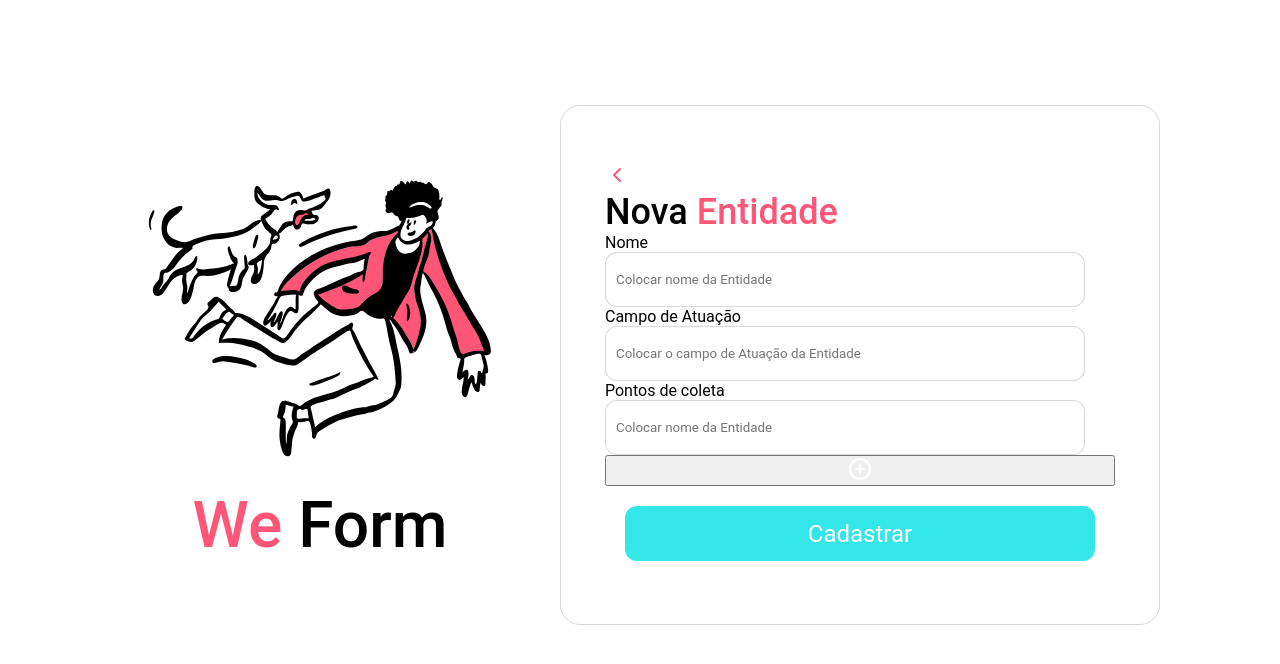
Repository: guilhermecardoso93/we-form
Page: nova-entidade.html
These files come from the project's save history. The page is drawn as it stood at one moment and after the next save; the edit follows.
The browser window is 1280 px wide. The pictures show the whole page.
Some web libraries are served in a nearby version.

Above is the page before, as saved 2024-06-09 18:13:26.

### nova-entidade.html
<!DOCTYPE html>
<html lang="pt-BR">

<head>
    <meta charset="UTF-8">
    <meta name="viewport" content="width=device-width, initial-scale=1.0">
    <link rel="stylesheet" href="https://cdnjs.cloudflare.com/ajax/libs/font-awesome/5.13.1/css/all.min.css">
    <link rel="stylesheet" href="./styles.css">
    <title>We Form</title>
</head>

<body>
    <div class="content">

        <aside>
            <img src="./assets/hero.svg" alt="Ilustração mulher com cachorro" />
            <h1>
                <span>We</span> Form
            </h1>
        </aside>

        <main>
            <a href="/">
                <img src="./assets/arrow-back.svg" alt="seta" />
            </a href="/">
            <h2>Nova <span>Entidade</span></h2>
            <form>
                <label form="nome">Nome</label>
                <input type="text" placeholder="Colocar nome da Entidade" id="nome">

                <label form="field">Campo de Atuação</label>
                <input type="text" placeholder="Colocar o campo de Atuação da Entidade" id="field">

                <label form="points">Pontos de coleta</label>
                <input type="text" placeholder="Colocar nome da Entidade" id="points">
                <button>
                    <img src="./assets/plus.svg" alt="" />
                </button>
            </form>
            <div class="buttons">
                <button>
                <a href="http://">Cadastrar </a>
            </div>

        </main>
    </div>
</body>

</html>

### styles.css
* {
  padding: 0;
  margin: 0;
  box-sizing: border-box;
  font-family: Roboto, sans-serif;
}

:root {
  font-size: 62.5%;
  --border-color: .1rem solid rgba(0, 0, 0, 0.15);
}

body {
  font-size: 1.6rem;
  text-decoration: none;
}

.content {
  display: flex;
  flex-wrap: wrap-reverse;
  align-items: center;
  justify-content: center;
  gap: 4rem;
  margin: 10.5rem 0 4rem 0;
}


aside {
  display: flex;
  flex-direction: column;
  align-items: center;
  justify-content: center;
  gap: 2rem;
}

aside h1 {
  font-size: 6.4rem;
  font-weight: 500;
  line-height: 75px;
}

aside h1>span, main h2>span {
  color: #FF5678;
}

aside img {
  width: 40rem;
}


main {
  width: 60rem;
  height: 52rem;
  border: var(--border-color);
  border-radius: 20px;
  padding: 5.7rem 4.4rem;
}

main h2 {
  max-width: 43rem;
  font-size: 3.6rem;
  font-weight: 500;
}

.buttons {
  display: flex;
  flex-direction: column;
  justify-content: center;
  gap: 3.5rem;
  margin: 2rem;
}


.buttons button {
  background-color: #35e6e9;
  height: 5.5rem;
  border: none;
  border-radius: 12px;
}

.buttons button:hover {
  opacity: 0.5;
}

.buttons button a {
  text-decoration: none;
  color: #fff;
  font-size: 2.4rem;
}

.buttons button+button {
  background-color: #FF5678;
}

.footer {
  display: flex;
  flex-direction: column;
  align-items: center;
  justify-content: center;
  gap: 1rem;
}

.footer p {
  font-size: 1.6rem;
  margin-top: 8rem;
}

.footer a {
  font-size: 1.2rem;
  color: #000;
  text-decoration: none;
}

main form {
  display: flex;
  flex-direction: column;
}

main form input {
  width: 48rem;
  height: 5.5rem;
  background-color: #ffff;
  border: var(--border-color);
  border-radius: 12px;
  padding: 1rem;
}

### assets/arrow-back.svg
<svg xmlns="http://www.w3.org/2000/svg" width="24" height="24" viewBox="0 0 24 24" fill="none" stroke="#FF5678" stroke-width="2" stroke-linecap="round" stroke-linejoin="round" class="lucide lucide-chevron-left"><path d="m15 18-6-6 6-6"/></svg>

### assets/plus.svg
<svg xmlns="http://www.w3.org/2000/svg" width="24" height="24" viewBox="0 0 24 24" fill="none" stroke="#fff" stroke-width="2" stroke-linecap="round" stroke-linejoin="round" class="lucide lucide-circle-plus"><circle cx="12" cy="12" r="10"/><path d="M8 12h8"/><path d="M12 8v8"/></svg>

After the next save:
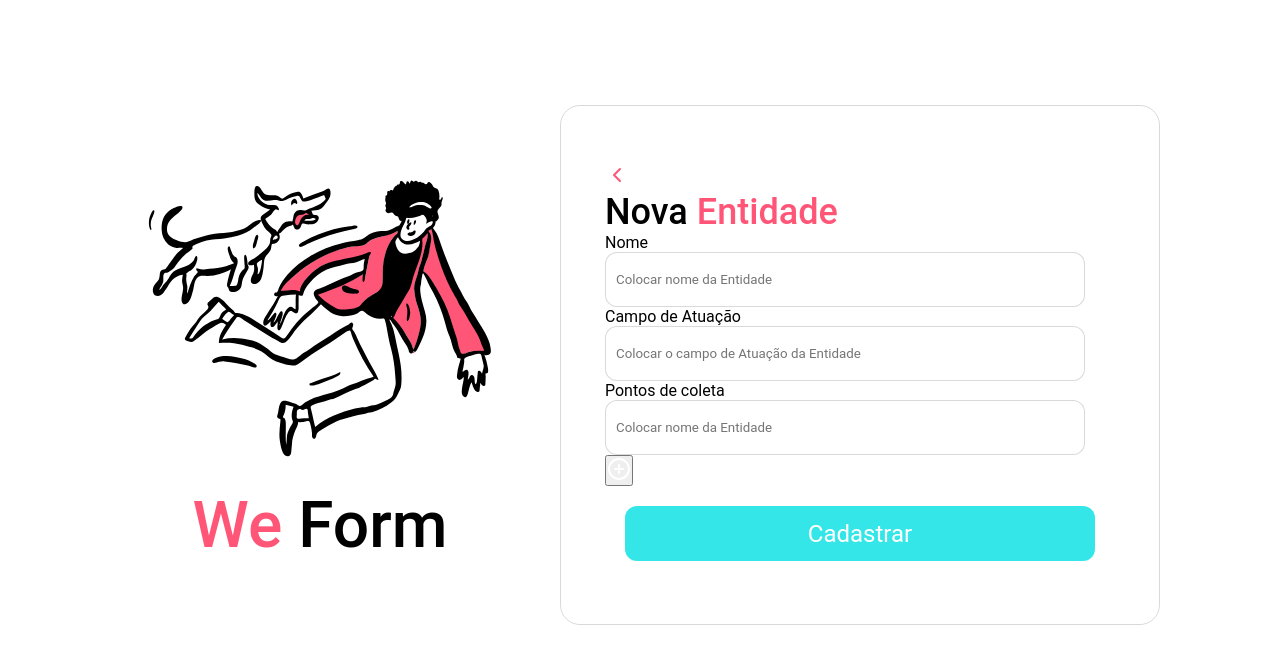
Saved 31 s later.
--- a/nova-entidade.html
+++ b/nova-entidade.html
@@ -31,11 +31,13 @@
                 <label form="field">Campo de Atuação</label>
                 <input type="text" placeholder="Colocar o campo de Atuação da Entidade" id="field">
 
-                <label form="points">Pontos de coleta</label>
-                <input type="text" placeholder="Colocar nome da Entidade" id="points">
-                <button>
+                <div>
+                    <label form="points">Pontos de coleta</label>
+                    <input type="text" placeholder="Colocar nome da Entidade" id="points">
+                    <button>
                     <img src="./assets/plus.svg" alt="" />
                 </button>
+                </div>
             </form>
             <div class="buttons">
                 <button>
